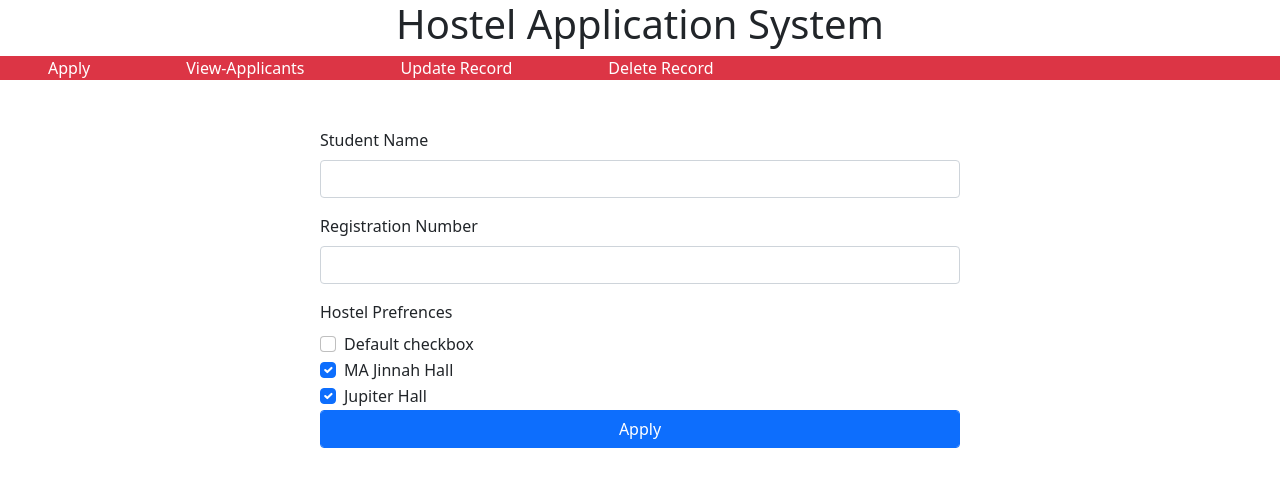
Repository: SaudCh/lab-final
Page: /hostelApplicants
An editor plug-in stored every save of this project. The page is shown before and after the next save, followed by the edit.
The browser window is 1280 px wide. The pictures show the whole page.
The project was rebuilt for these pictures with package versions that can differ from the ones it lists, and the page was loaded fresh each time. Also part of the build but not shown: src/components/ViewApplicant.jsx, src/components/UpdateRecord.jsx, src/components/DeleteRecord.jsx.

Above is the page before, as saved 2022-01-01 13:28:44.

After the next save:
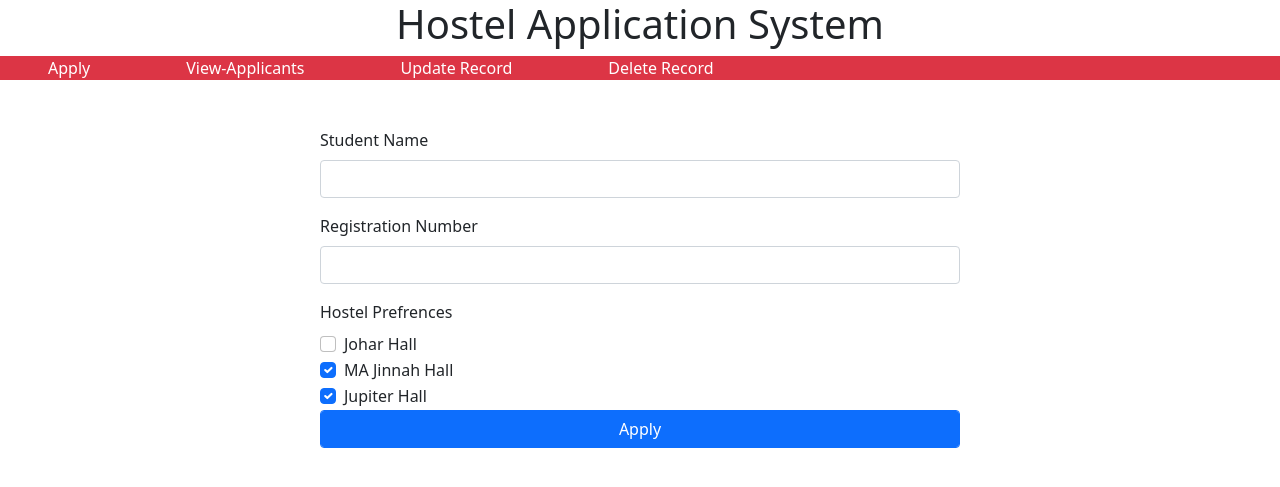
Saved 13 s later.
--- a/src/components/AddApplicant.jsx
+++ b/src/components/AddApplicant.jsx
@@ -53,7 +53,7 @@ const AddApplicant = () => {
             id="flexCheckDefault"
           />
           <label class="form-check-label" for="flexCheckDefault">
-            Default checkbox
+            Johar Hall
           </label>
         </div>
         <div class="form-check">
